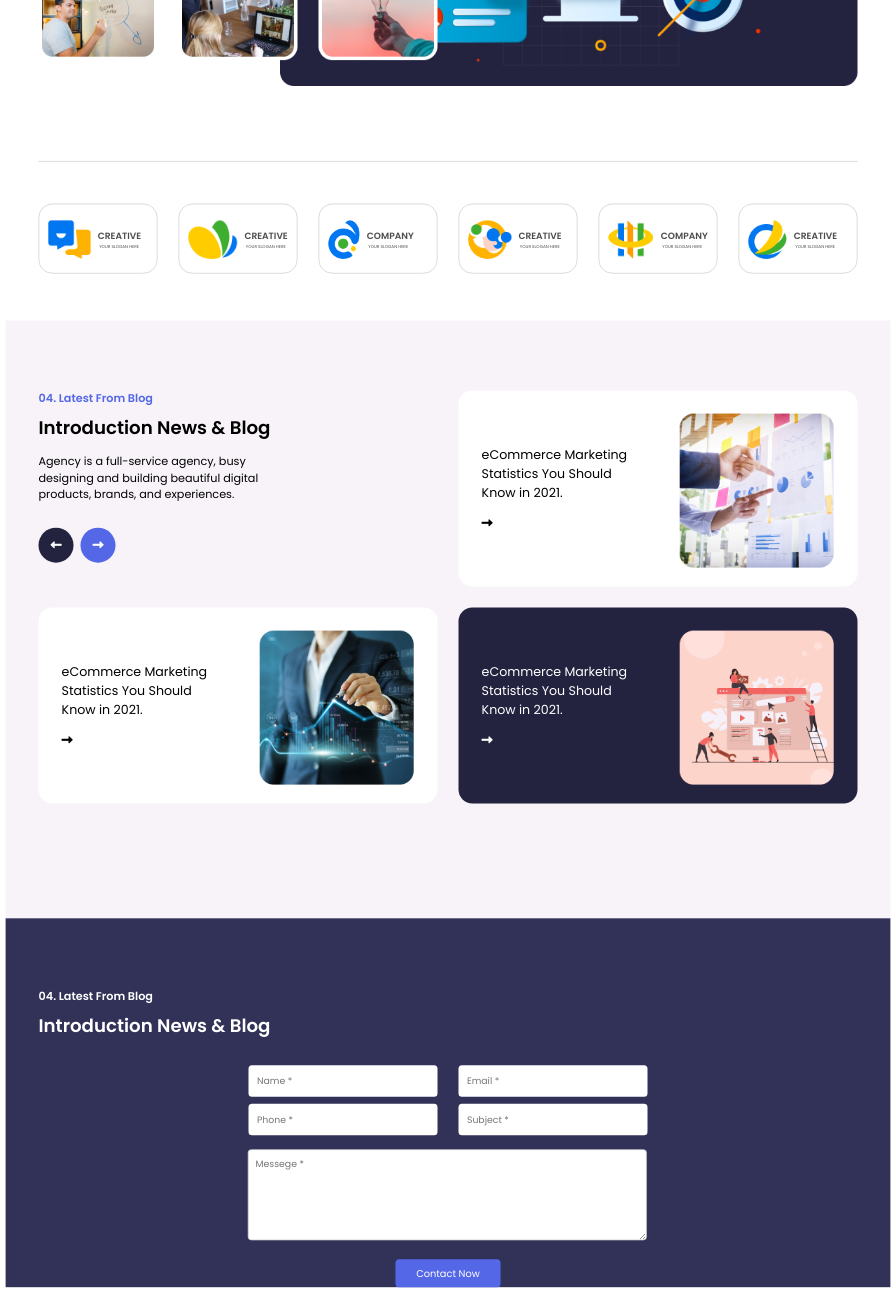
Repository: tranchi0120/LangdingPage-Htmlcss-Ago
Page: index.html
An editor plug-in stored every save of this project. The page is shown before and after the next save, followed by the edit.
The browser window is 1280 px wide. The pictures show the part of the page from y = 3037 to 4957 px (the page is 4884 px tall before and 4957 px after), at 70% of full size.
Some web libraries are served in a nearby version. The style sheet was rebuilt from its Sass, Less or Tailwind sources for each picture, by a compiler version that may differ from the author's.

Above is the page before, as saved 2022-07-15 10:36:24.

### index.html
<!DOCTYPE html>
<html lang="en">

<head>
    <meta charset="UTF-8" />
    <meta http-equiv="X-UA-Compatible" content="IE=edge" />
    <meta name="viewport" content="width=device-width, initial-scale=1.0" />
    <title>Ago</title>
    <!-- css -->
    <link rel="stylesheet" href="./css/app.css" />
    <!-- google font  -->
    <link rel="preconnect" href="https://fonts.googleapis.com" />
    <link rel="preconnect" href="https://fonts.gstatic.com" crossorigin />
    <link href="https://fonts.googleapis.com/css2?family=Poppins:wght@400;600&display=swap" rel="stylesheet" />
    <!-- google icon awaresome -->
    <link rel="stylesheet" href="https://cdnjs.cloudflare.com/ajax/libs/font-awesome/6.1.1/css/all.min.css">
    <!-- sass ./sass/app.scss ./css/app.css --watch -->
</head>

<body>
    <header class="header">
        <div class="header-top container">
            <span class="header-top-title">
                Welcome to Ago! Building Creative Business Agency
            </span>
            <div class="header-top-right">
                <div class="header-login">
                    <i class="fa-solid fa-user"></i>
                    <a href="#!" style="color:#666666">Login</a>
                </div>
                <div class="header-nation">
                    <i class="fa-solid fa-globe"></i>
                    <span class="header-language">English</span>
                    <i class="fa-solid fa-angle-down"></i>
                </div>
            </div>
        </div>
        <div class="header-line">
        </div>
        <div class="header-under container">
            <div class="header-under-logo">
                <div class="header-under-image">
                    <img class="header-under-img" src="./images/logo.png" alt="#">
                </div>
                <span class="header-under-name">Ago</span>
            </div>
            <div class="header-menu">
                <ul class="menu">
                    <li class="menu-item">
                        <a href="#" class="menu-link">Home</a>
                    </li>
                    <li class="menu-item">
                        <a href="#" class="menu-link">Features</a>
                        <i class="fa-solid fa-angle-down"></i>
                    </li>
                    <li class="menu-item">
                        <a href="#" class="menu-link">Services</a>
                    </li>
                    <li class="menu-item">
                        <a href="#" class="menu-link">Pages</a>
                    </li>
                    <li class="menu-item">
                        <a href="#" class="menu-link">Blog</a>
                    </li>
                    <li class="menu-item">
                        <a href="#" class="menu-link">Support</a>
                    </li>
                </ul>
                <div class="menu-button">
                    <i class="fa-solid fa-magnifying-glass menu-icon"></i>
                    <div class="button">Contact Us</div>
                </div>
            </div>
        </div>
    </header>
    <main>
        <section class="hero">
            <div class="container">
                <div class="hero-main">
                    <div class="hero-left">
                        <div class="hero-title">
                            Trusted Professional Service.
                        </div>
                        <span class="hero-content">
                            Ago is a full-service agency, busy designing and building beautiful digital products,
                            brands, and
                            experiences.
                        </span>
                        <div class="hero-button">
                            <div class="button">Recent Work</div>
                        </div>
                        <div class="hero-down">
                            <div class="hero-icondown">
                                <i style="color:#ffffff ;" class="fa-solid fa-arrow-down"></i>
                            </div>
                            <p class="hero-scroll">
                                Scroll Down
                            </p>
                        </div>
                    </div>
                    <div class="hero-right">
                        <img src="./images/hero.png" alt="#">
                    </div>
                </div>
            </div>
        </section>
        <section class="about">
            <div class="container">
                <div class="about-main">
                    <div class="about-images">
                        <img src="./images/about1.png" alt="#" class="about-img1">
                        <img src="./images/about2.png" alt="#" class="about-img2">
                        <img src="./images/about3.png" alt="#" class="about-img3">
                    </div>
                    <div class="about-us">
                        <h5 class="about-number">
                            01. About Us
                        </h5>
                        <div class="about-title">
                            We Make Designs that Lead and Inpire.
                        </div>
                        <div class="about-name">
                            A design team building a created
                            marketplace for UI designers.
                        </div>
                        <div class="about-content">
                            2,360 curated design resources to energize your creative workflow. We're a growing family of
                            682,268 designers and makers from around the world
                        </div>
                        <div class="menu-button">
                            <div class="button">Contact Us</div>
                        </div>
                    </div>
                </div>
            </div>
        </section>
        <section class="interactive">
            <div class="container">
                <div class="interactive-main">
                    <h5 class="interactive-number">
                        02. What We Do
                    </h5>
                    <div class="interactive-title">
                        <span class="interactive-name">
                            We Make Designs that Lead and Inpire.
                        </span>
                        <i class="fa-solid fa-left-long interactive-iconleft"></i>
                        <i class="fa-solid fa-right-long"></i>
                    </div>
                    <div class="interactive-group">
                        <div class="interactive-box">
                            <div class="row-circle">
                                <img class="row-img" src="./images/row1.png" alt="#">
                                <h2 class="row-number">
                                    26k
                                </h2>
                                <span class="row-title">
                                    Happy Clients
                                </span>
                            </div>
                            <div class="row-circle2">
                                <img class="row-img" src="./images/row2.png" alt="#">
                                <h2 class="row-number2">
                                    76k
                                </h2>
                                <span class="row-title2">
                                    Project Done
                                </span>
                                <span class="row-content2">
                                    Lorem ipsum dolor sit amet, consectetur adipiscing elit. Mauris sapien egestas augue
                                    enim amet scelerisque.
                                </span>
                            </div>
                            <div class="row-circle">
                                <img class="row-img" src="./images/row3.png" alt="#">
                                <h2 class="row-number">
                                    20k
                                </h2>
                                <span class="row-title">
                                    AWARDS WON
                                </span>
                            </div>
                            <div class="row-circle">
                                <img class="row-img" src="./images/row4.png" alt="#">
                                <h2 class="row-number">
                                    20k
                                </h2>
                                <span class="row-title">
                                    DAILY DATA INPUT
                                </span>
                            </div>
                        </div>
                    </div>
                </div>
            </div>
        </section>
        <section class="service">
            <div class="container">
                <h5 class="service-number">
                    03. Our Services
                </h5>
                <div class="service-title">
                    <span class="service-name">
                        Welcome to Our Professional Service
                    </span>
                </div>
                <div class="service-main">
                    <div class="service-left">
                        <h2 class="service-left-title">
                            Professional Website
                            Design Consulting
                        </h2>
                        <p class="service-left-content">
                            Agency is a full-service agency, busy designing and building beautiful digital products,
                            brands, and experiences.
                        </p>
                        <div class="menu-button">
                            <div class="button">View Detail</div>
                        </div>
                        <div class="service-left-images">
                            <img src="./images/service1.png" alt="#" class="service-left-img">
                            <img src="./images/service2.png" alt="#" class="service-left-img">
                            <img src="./images/service3.png" alt="#" class="service-left-img">
                        </div>
                    </div>
                    <div class="service-right">
                        <img src="./images/service4.png" alt="#" class="service-right-img">
                    </div>
                </div>
                <div class="service-bottom">
                    <div class="service-box">
                        <div class="service-box-imgs">
                            <img src="./images/logo1.png" alt="#" class="service-box-img">
                        </div>
                        <div class="service-box-text">
                            <h2 class="service-box-title">CREATIVE</h2>
                            <p class="service-box-slogan">YOUR SLOGAN HERE</p>
                        </div>
                    </div>
                    <div class="service-box">
                        <div class="service-box-imgs">
                            <img src="./images/logo2.png" alt="#" class="service-box-img">
                        </div>
                        <div class="service-box-text">
                            <h2 class="service-box-title">CREATIVE</h2>
                            <p class="service-box-slogan">YOUR SLOGAN HERE</p>
                        </div>
                    </div>
                    <div class="service-box">
                        <div class="service-box-imgs">
                            <img src="./images/logo3.png" alt="#" class="service-box-img">
                        </div>
                        <div class="service-box-text">
                            <h2 class="service-box-title">COMPANY</h2>
                            <p class="service-box-slogan">YOUR SLOGAN HERE</p>
                        </div>
                    </div>
                    <div class="service-box">
                        <div class="service-box-imgs">
                            <img src="./images/logo4.png" alt="#" class="service-box-img">
                        </div>
                        <div class="service-box-text">
                            <h2 class="service-box-title">CREATIVE</h2>
                            <p class="service-box-slogan">YOUR SLOGAN HERE</p>
                        </div>
                    </div>
                    <div class="service-box">
                        <div class="service-box-imgs">
                            <img src="./images/logo5.png" alt="#" class="service-box-img">
                        </div>
                        <div class="service-box-text">
                            <h2 class="service-box-title">COMPANY</h2>
                            <p class="service-box-slogan">YOUR SLOGAN HERE</p>
                        </div>
                    </div>
                    <div class="service-box">
                        <div class="service-box-imgs">
                            <img src="./images/logo6.png" alt="#" class="service-box-img">
                        </div>
                        <div class="service-box-text">
                            <h2 class="service-box-title">CREATIVE</h2>
                            <p class="service-box-slogan">YOUR SLOGAN HERE</p>
                        </div>
                    </div>
                </div>
            </div>
        </section>
        <section class="latest">
            <div class="container">
                <div class="latest-main">
                    <div class="latest-group">
                        <h5 class="latest-number">
                            04. Latest From Blog
                        </h5>
                        <span class="latest-title">
                            Introduction News & Blog
                        </span>
                        <p class="latest-content">
                            Agency is a full-service agency, busy designing and building beautiful digital products,
                            brands, and experiences.
                        </p>
                        <div class="latest-icon">
                            <div class="latest-icon-left">
                                <i class="fa-solid fa-left-long"></i>
                            </div>
                            <div class="latest-icon-right">
                                <i class="fa-solid fa-right-long"></i>
                            </div>
                        </div>
                    </div>
                    <div class="latest-groups">
                        <div class="latest-box">
                            <p class="latest-text">
                                eCommerce Marketing
                                Statistics You Should
                                Know in 2021.
                            </p>
                            <i class="fa-solid fa-right-long"></i>
                        </div>
                        <div class="latest-image">
                            <img src="./images/latest1.png" alt="#" class="latest-img">
                        </div>
                    </div>
                    <div class="latest-groups">
                        <div class="latest-box">
                            <p class="latest-text">
                                eCommerce Marketing
                                Statistics You Should
                                Know in 2021.
                            </p>
                            <i class="fa-solid fa-right-long"></i>
                        </div>
                        <div class="latest-image">
                            <img src="./images/latest2.png" alt="#" class="latest-img">
                        </div>
                    </div>
                    <div class="latest-groups3">
                        <div class="latest-box3">
                            <p class="latest-text3">
                                eCommerce Marketing
                                Statistics You Should
                                Know in 2021.
                            </p>
                            <i class="fa-solid fa-right-long"></i>
                        </div>
                        <div class="latest-image">
                            <img src="./images/latest3.png" alt="#" class="latest-img">
                        </div>
                    </div>
                </div>
            </div>
        </section>
        <section class="contact">
            <div class="container">
                <!-- <img class="contact-background" src="./images/background.png" alt="#"> -->
                <div class="contact-main">

                    <h5 class="contact-number">
                        04. Latest From Blog
                    </h5>
                    <span class="contact-title">
                        Introduction News & Blog
                    </span>
                    <div class="contact-import">
                        <input class="contact-input" type="text" placeholder="Name *">
                        <input class="contact-input" type="text" placeholder="Email *">
                        <input class="contact-input" type="text" placeholder="Phone *">
                        <input class="contact-input" type="text" placeholder="Subject *">
                    </div>
                    <textarea class="contact-textarea" name="text" id="#" cols="30" rows="10"
                        placeholder="Messege *"></textarea>
                    <div class="menu-button">
                        <div class="button contact-button">Contact Now</div>
                    </div>
                </div>
            </div>
        </section>
    </main>
    <footer>
    </footer>
</body>

</html>

### sass/app.scss
@import "global";
@import "header";
@import "menu";
@import "variable";
@import "hero";
@import "about";
@import "interactive";
@import "row";
@import "service";
@import "latest";
@import "contact";

### sass/_global.scss
.container {
    max-width: 1170px;
    margin: 0 auto;
}
.body {
    background: #ffffff;
}
* {
    box-sizing: border-box;
    font-family: "Poppins", sans-serif;
}
a {
    text-decoration: none;
}
ul {
    list-style-type: none !important;
}
.button {
    border: none;
    padding: auto;
    width: 150px;
    background: #5468e7;
    height: 40px;
    text-align: center;
    justify-content: center;
    padding: 7px;
    border-radius: 5px;
    color: white;
    font-size: 14px;
    line-height: 21px;
    padding: 10px;
}

### sass/_header.scss
.header {
    &-top {
        max-width: 1170px;
        margin: 0 auto;
        color: #666666;
        display: flex;
        justify-content: space-between;
        align-items: center;
        padding: 10px;
        &-right {
            display: flex;
            gap: 20px;
        }
    }
    &-line {
        width: 100%;
        height: 1px;
        background-color: #c7c2c2;
    }
    &-under {
        height: 96px;
        display: flex;
        gap: 0 85px;
        align-items: center;
        &-logo {
            display: flex;
        }
        &-image {
            width: 52.5px;
            height: 60px;
        }
        &-img {
            width: 100%;
        }
        &-name {
            padding: 10px;
            line-height: 39px;
            font-weight: 600;
            font-size: 26px;
            color: #000000;
        }
    }
    &-menu {
        gap: 195px;
        display: flex;
    }
}

### sass/_menu.scss
.menu {
    height: 24px;
    width: 550px;
    display: flex;
    justify-content: space-between;
    align-items: center;
    // gap: 40px;
    &-button {
        display: flex;
        gap: 29px;
    }
    &-icon {
        width: 18px;
        display: inline-block;
        padding-top: 15px;
        color: #666666;
    }

    &-link {
        color: #000000;
        font-weight: 400;
        font-size: 16px;
        line-height: 24px;
    }
}

### sass/_variable.scss
$font: "Poppins", sans-serif;
$color1: #232340;
$color2: #323259;
$color-btn: #5468e7;
$black: #222222;
$white: #ffffff;

### sass/_hero.scss
.hero {
    height: 800px;
    margin-top: 55px;
    &-main {
        display: flex;

        align-items: center;
    }
    &-title {
        width: 260px;
        line-height: 60px;
        font-weight: 600;
        font-size: 40px;
        margin-bottom: 23px;
    }
    &-content {
        height: 46px;
        width: 317px;
        font-weight: 400;
        font-size: 16px;
        display: inline-block;
        margin-bottom: 60px;
        margin-right: 147px;
    }
    &-down {
        margin-top: 114px;
        display: flex;
        gap: 9px;
    }
    &-icondown {
        border-radius: 50%;
        width: 45px;
        height: 45px;
        text-align: center;
        padding: 13px;
        background: #c897e4;
    }
}

### sass/_interactive.scss
.interactive {
    background: #f7f3f8;
    height: 752px;
    &-number {
        margin-bottom: 10px;
        margin-top: 100px;
        display: inline-block;
        color: #5468e7;
        font-size: 16px;
        line-height: 24px;
        font-weight: 600;
    }
    &-name {
        display: inline-block;
        line-height: 39px;
        font-size: 26px;
        font-weight: 600;
        margin-bottom: 75px;
    }
    &-iconleft {
        margin-right: 19px;
        margin-left: 594px;
    }
    &-box {
        max-height: 360px;
        background: white;
        display: grid;
        grid-template-columns: repeat(4, 1fr) !important;
        border-radius: 30px;
    }
}

### sass/_contact.scss
.contact {
    background: #323259;
    &-main {
        padding-top: 100px;
        margin: 0 auto;
    }

    &-number {
        margin-bottom: 10px;
        margin-top: 0;
        font-weight: 600;
        line-height: 24px;
        color: white;
        font-size: 16px;
    }
    &-title {
        display: block;
        font-size: 26px;
        line-height: 39px;
        font-weight: 600;
        margin-bottom: 25px;
        color: white;
        margin-bottom: 37px;
    }
    &-input {
        padding: 12px;
        border-radius: 5px;
        height: 45px;
        width: 270px;
        border: none;
    }
    &-import {
        margin: 0 auto;
        width: 570px;
        display: grid;
        grid-template-columns: repeat(2, 1fr);
        gap: 10px 30px;
    }
    &-textarea {
        padding: 10px;
        border-radius: 5px;
        border: 1px solid #cccccc;
        height: 130px;
        width: 570px;
        margin-top: 20px;
        margin-bottom: 20px;
        margin: 20px 299px;
    }
    &-button {
        margin: 0 auto;
    }
}

Loaded but not shown: sass/_service.scss (94 lines, source omitted); sass/_latest.scss (87 lines, source omitted); sass/_about.scss (57 lines, source omitted); sass/_row.scss (51 lines, source omitted)

After the next save:
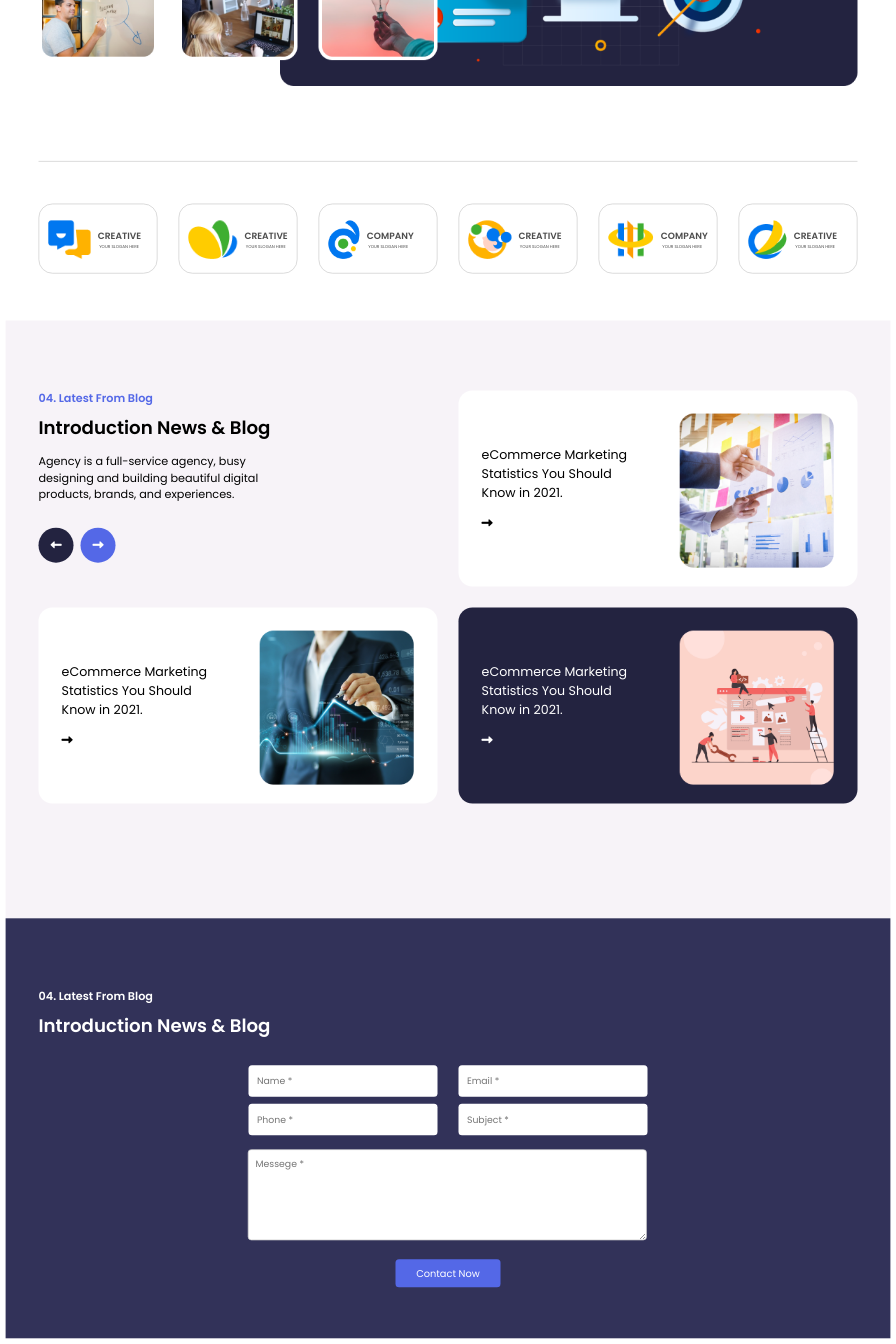
Saved 117 s later.
--- a/sass/_contact.scss
+++ b/sass/_contact.scss
@@ -1,5 +1,6 @@
 .contact {
     background: #323259;
+    height: 600px;
     &-main {
         padding-top: 100px;
         margin: 0 auto;
